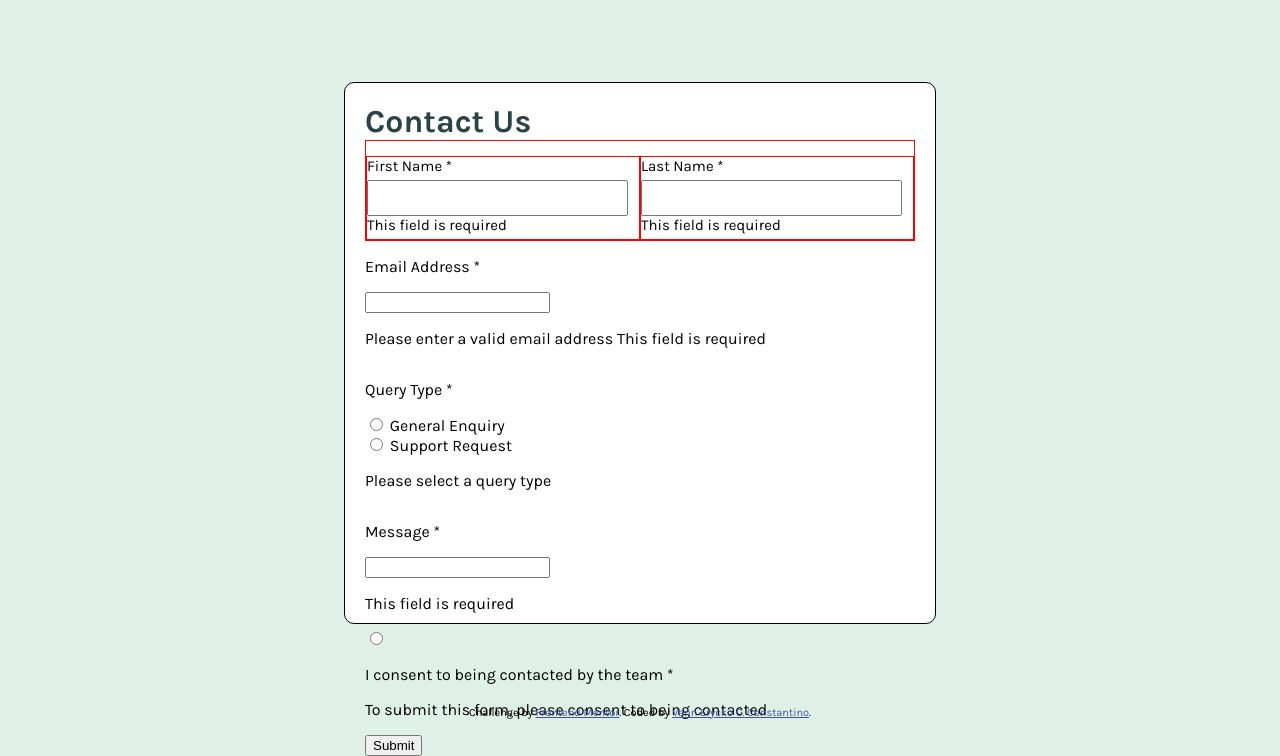
Repository: kocokoy/contact-form
Page: contact-form-main/index.html
These files come from the project's save history. The page is drawn as it stood at one moment and after the next save; the edit follows.
The browser window is 1280 px wide. The pictures show the whole page.

Above is the page before, as saved 2024-10-24 09:11:43.

### contact-form-main/index.html
<!DOCTYPE html>
<html lang="en">
<head>
  <meta charset="UTF-8">
  <meta name="viewport" content="width=device-width, initial-scale=1.0"> <!-- displays site properly based on user's device -->

  <link rel="icon" type="image/png" sizes="32x32" href="./assets/images/favicon-32x32.png">
  <link rel="stylesheet" href="/contact-form-main/styles/style.css">
  <link rel="preconnect" href="https://fonts.googleapis.com">
  <link rel="preconnect" href="https://fonts.gstatic.com" crossorigin>
  <link href="https://fonts.googleapis.com/css2?family=Karla:ital,wght@0,200..800;1,200..800&family=Red+Hat+Text:ital,wght@0,300..700;1,300..700&display=swap" rel="stylesheet">
  <title>Frontend Mentor | Contact form</title>

  <!-- Feel free to remove these styles or customise in your own stylesheet 👍 -->
  <style>
    .attribution { font-size: 11px; text-align: center; }
    .attribution a { color: hsl(228, 45%, 44%); }
  </style>
</head>
<body>
  <div class="container">
    <div class="contact-form-card">
      <h1 class="contact-us-header">
        Contact Us
      </h1>
      <div class="name-section">
        <div class="first-name-section">
          <p>
            First Name
            <span>*</span>
          </p>
          <input type="text" name="" id="">
          <p>
            This field is required
          </p>
        </div>
        <div class="last-name-section">
          <p>
            Last Name
            <span>*</span>
          </p>
          <input type="text" name="" id="">
          <p>
            This field is required
          </p>
        </div>
      </div>
      <div class="email-section">
        <p>Email Address  <span>*</span></p>
        <input type="text">
        <p>Please enter a valid email address
          This field is required</p>
      </div>
      <div class="query-type-section">
        <p>Query Type  <span>*</span></p>
        <div class="radio-query-type-section">
          <div>
            <input type="radio">
            General Enquiry
          </div>
          <div>
            <input type="radio">
            Support Request
          </div>
        </div>
        <p>Please select a query type</p>
      </div>
      <div class="message-section">
        <p>Message  <span>*</span></p>
        <input type="text">
        <p>This field is required</p>
      </div>
      <div class="consent-section">
        <div>
          <input type="radio">
          <p>I consent to being contacted by the team  <span>*</span></p>
        </div>
        <p> To submit this form, please consent to being contacted</p>
      </div>
      <div class="submit-btn-section">
        <button>
          Submit</button>
      </div>
    </div>
  </div>




  <!-- Message Sent!
  Thanks for completing the form. We'll be in touch soon! -->

  <div class="attribution">
    Challenge by <a href="https://www.frontendmentor.io?ref=challenge">Frontend Mentor</a>.
    Coded by <a href="#">Vann Erycko C. Constantino</a>.
  </div>
</body>
</html>

### contact-form-main/styles/style.css
:root{
  /* Primary */
  --Green200: hsl(148, 38%, 91%);
  --Green600: hsl(169, 82%, 27%);
  --Red:hsl(0, 66%, 54%);

  --White: hsl(0, 0%, 100%);
  --Grey500: hsl(186, 15%, 59%);
  --Grey900: hsl(187, 24%, 22%);
}

body{
  padding: 0;
  margin: 0;
  background-color: var(--Green200);
  font-family: Karla;
}

.container{
  display: flex;
  align-items: center;
  justify-content: center;
  height: 98vh;
}

.contact-form-card{
  display: flex;
  flex-direction: column;
  border: 1px solid;
  background-color: var(--White);
  height: 500px;
  width: 550px;
  border-radius: 10px;
  padding: 20px;
}

.contact-us-header{
  padding: 0;
  margin: 0;
  font-weight: 700;
  color: var(--Grey900);
}

.name-section{
  border: 1px solid red;
  display: flex;
  flex-direction: row;
  justify-content: space-between;
  padding-top: 15px;
}

.name-section p{
  /* border: 1px solid red; */
  margin: 0;
  padding-bottom: 5px;
  font-size: 15px;
  font-weight: 400;
}

.name-section input{
 width: 93%;
 height: 30px;
}

.first-name-section, .last-name-section{
  border: 1px solid red;
  width: 100%;
}

After the next save:
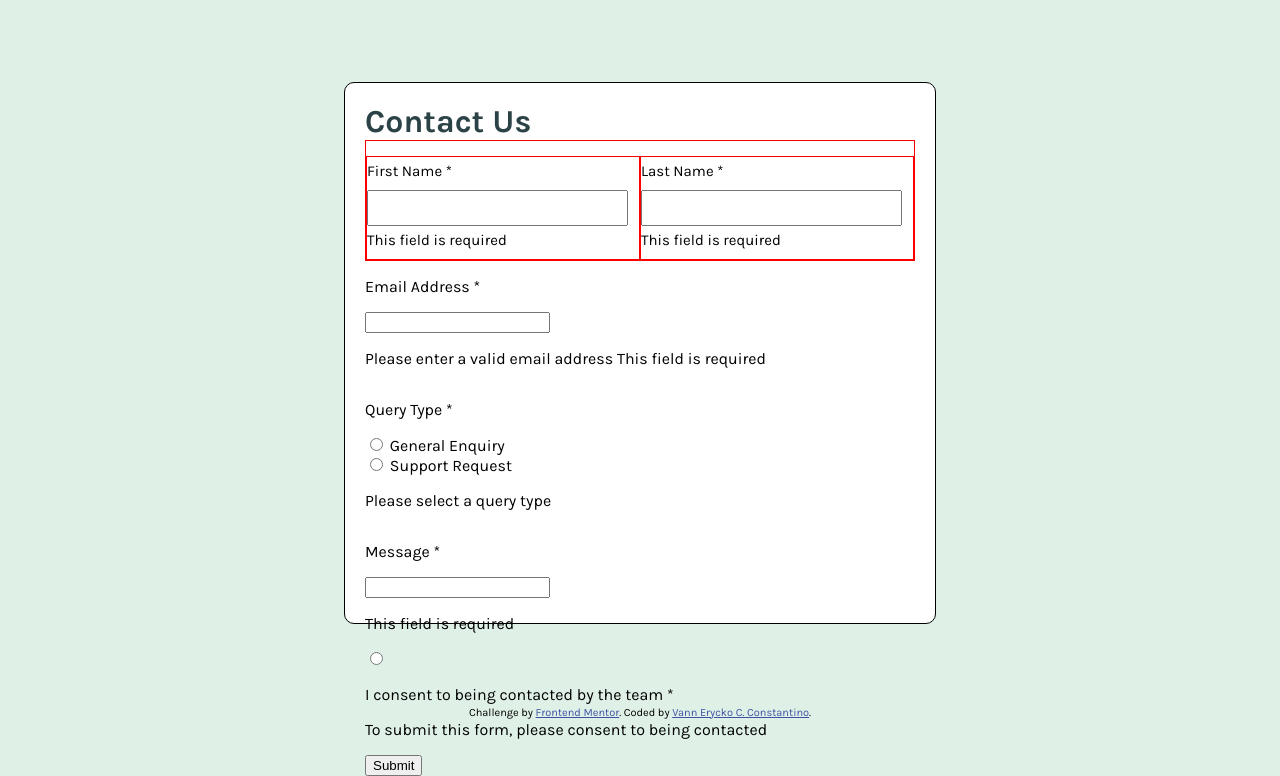
Saved 45 s later.
--- a/contact-form-main/styles/style.css
+++ b/contact-form-main/styles/style.css
@@ -51,7 +51,7 @@ body{
 
 .name-section p{
   /* border: 1px solid red; */
-  margin: 0;
+  margin: 5px 0;
   padding-bottom: 5px;
   font-size: 15px;
   font-weight: 400;
